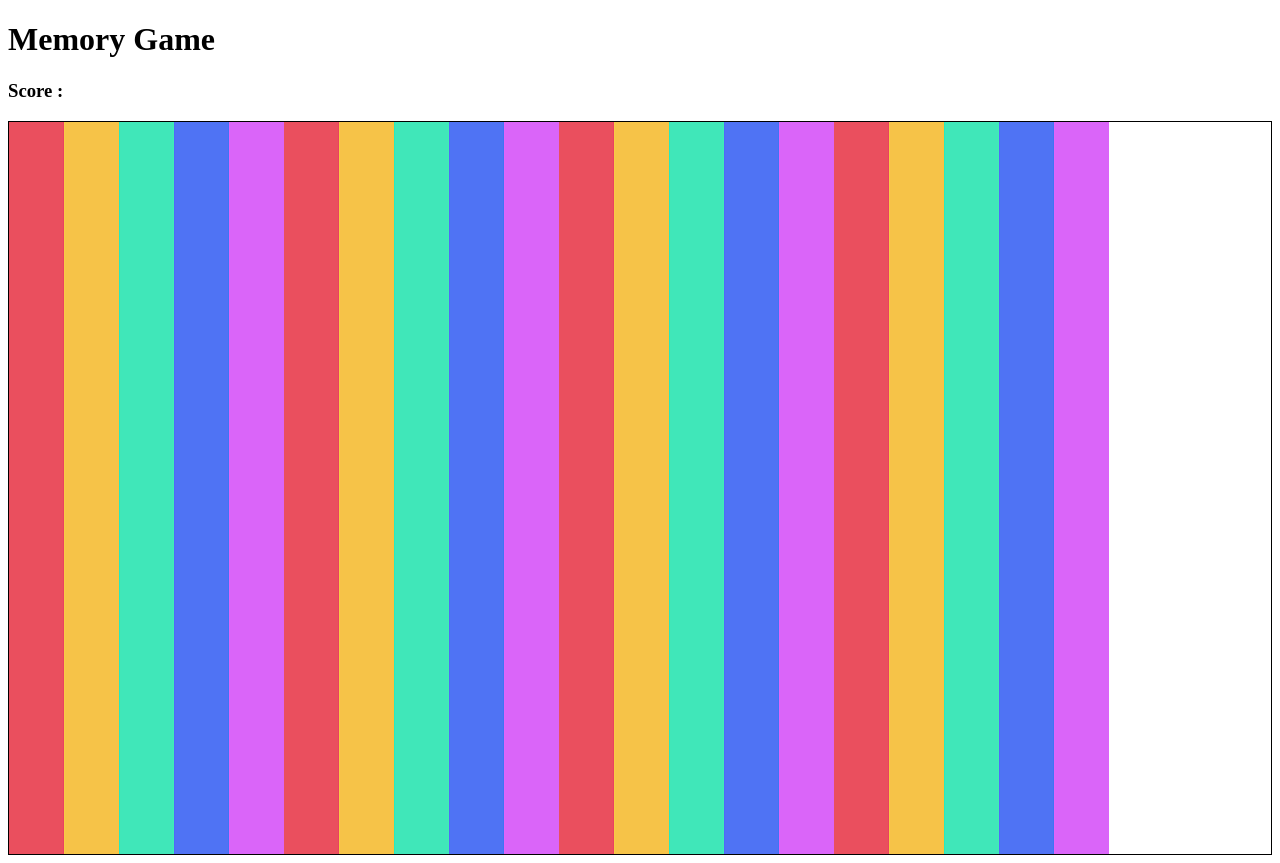
Repository: divyaravada/javascript-games
Page: memory-game/memorygame.html
An editor plug-in stored every save of this project. The page is shown before and after the next save, followed by the edit.
The browser window is 1280 px wide. The pictures show the whole page.

Above is the page before, as saved 2022-03-15 16:16:52.

After the next save:
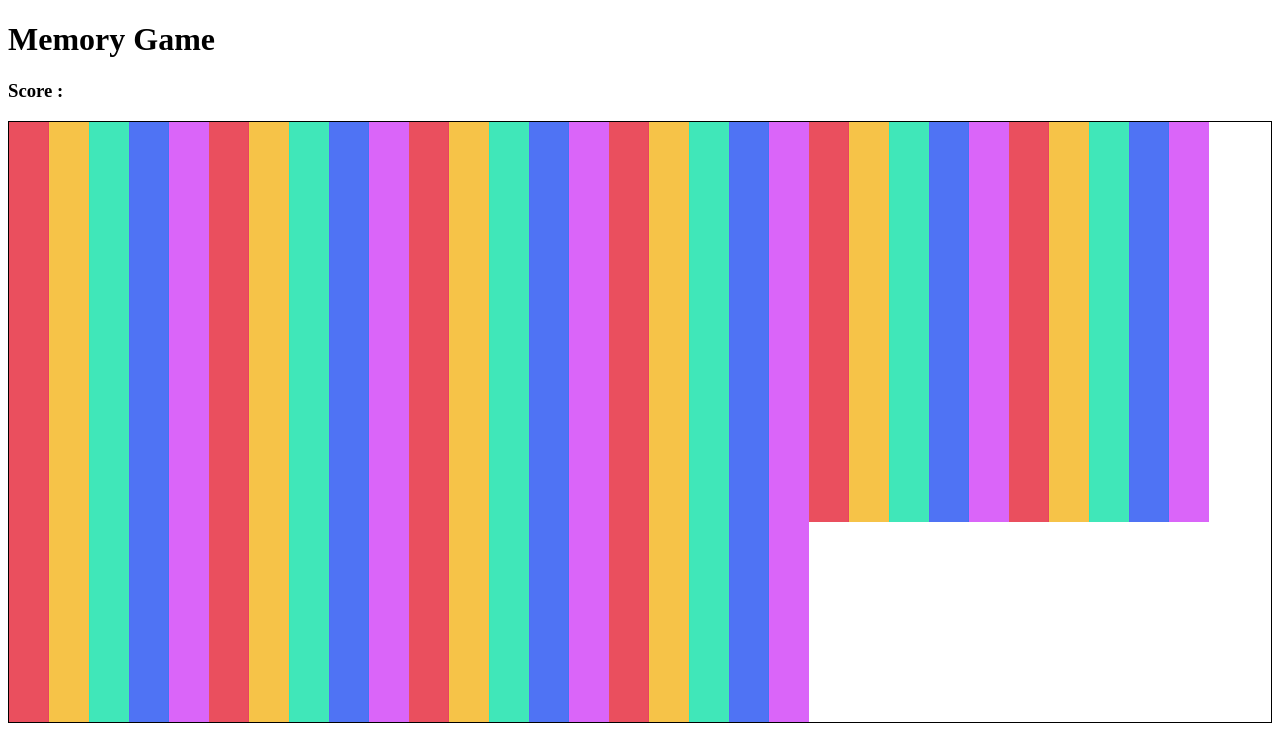
Saved 78 s later.
--- a/memory-game/memorystyle.css
+++ b/memory-game/memorystyle.css
@@ -3,3 +3,7 @@
   flex-wrap: wrap;
   border: 1px solid black;
 }
+#grid img {
+  width: 200px;
+  height: 200px;
+}
